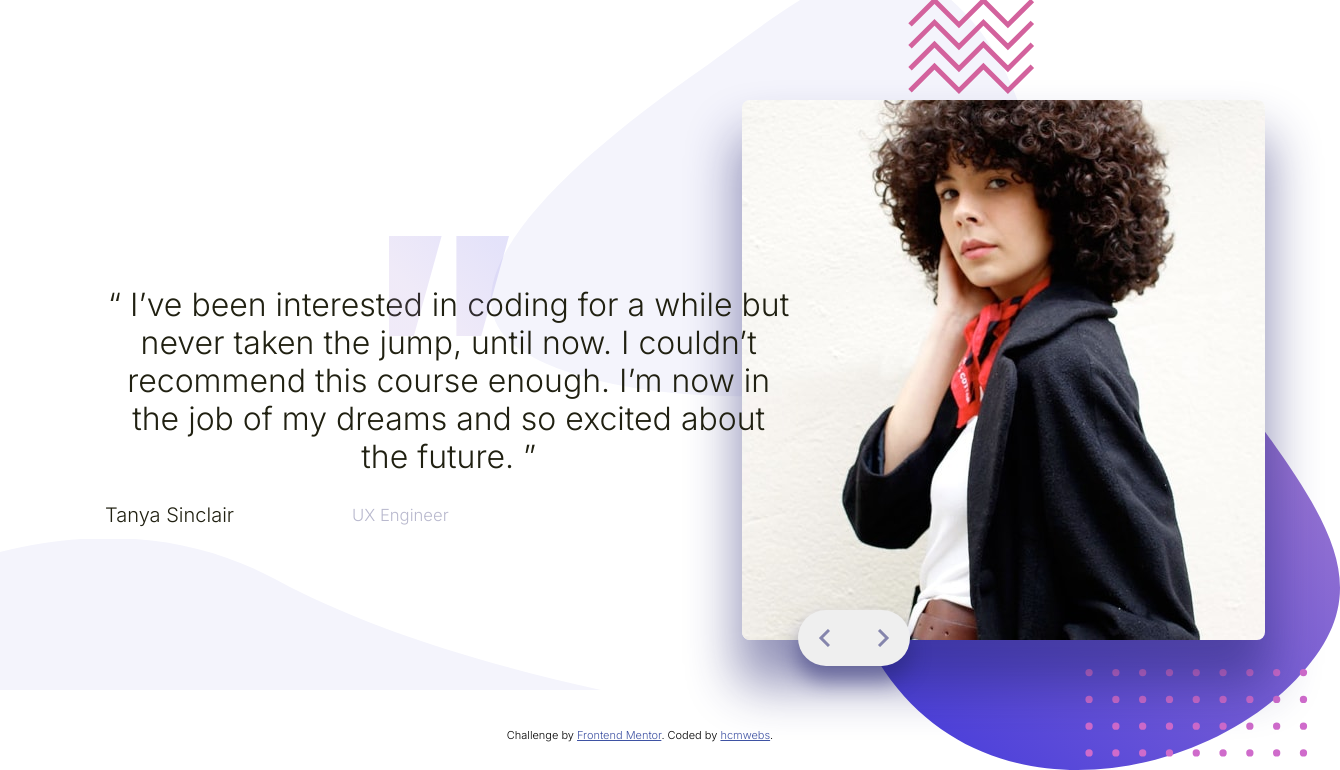
Repository: Hcmwebs/Coding-Bootcamp-Testimonials
Page: index.html
These files come from the project's save history. The page is drawn as it stood at one moment and after the next save; the edit follows.
The browser window is 1280 px wide. The page is 1340 px wide, so the pictures cover 1340 px, including what lies to the right of the window. The pictures show the whole page.
The style sheet was rebuilt from its Sass, Less or Tailwind sources for each picture, by a compiler version that may differ from the author's.

Above is the page before, as saved 2020-11-01 08:43:56.

### index.html
<!DOCTYPE html>
<html lang="en">
  <head>
    <meta charset="UTF-8" />
    <meta name="viewport" content="width=device-width, initial-scale=1.0" />
    <!-- displays site properly based on user's device -->

    <link
      rel="icon"
      type="image/png"
      sizes="32x32"
      href="./images/favicon-32x32.png"
    />
    <link rel="stylesheet" href="css/main.css" />
    <title>Frontend Mentor | Coding Bootcamp Testimonials Slider</title>

    <style></style>
  </head>
  <body>
    <div class="container">
      <div class="card" id="cardOne">
        <div class="card__header">
          <img
            src="images/image-tanya.jpg"
            alt="Profile Tanya"
            id="profileTanya"
            class="card__header--profileImg"
          />
        </div>

        <button id="btnPrimary">
          <img src="images/icon-prev.svg" alt="icon-prev" />
          <img src="images/icon-next.svg" alt="icon-next" />
        </button>

        <div class="card__body">
          <img src="images/pattern-quotes.svg" alt="pattern-quotes" />
          <h2>
            “ I’ve been interested in coding for a while but never taken the
            jump, until now. I couldn’t recommend this course enough. I’m now in
            the job of my dreams and so excited about the future. ”
          </h2>

          <div class="card__body--captionTxt">
            <p>Tanya Sinclair</p>
            <small>UX Engineer </small>
          </div>
        </div>
      </div>

      <!-- <div class="card cardTwo" id="cardTwo">
        <div class="card__header">
          <img
            src="images/image-john.jpg"
            alt="Profile John"
            id="profileJohn"
            class="card__header--profileImg"
          />
        </div>

        <button id="btnSecondary">
          <img src="images/icon-prev.svg" alt="icon-prev" />
          <img src="images/icon-next.svg" alt="icon-next" />
        </button>

        <div class="card__body">
          <h2>
            “ If you want to lay the best foundation possible I’d recommend
            taking this course. The depth the instructors go into is incredible.
            I now feel soconfident about starting up as a professional
            developer. ”
          </h2>
          <div class="card__body--captionTxt">
            <p>John Tarkpor</p>
            <small>Junior Front-end Developer</small>
          </div>
        </div>
      </div> -->

      <img
        src="/images/pattern-curve.svg"
        alt="pattern-curve"
        class="pattern-curve"
      />
    </div>

    <div class="attribution">
      Challenge by
      <a href="https://www.frontendmentor.io?ref=challenge" target="_blank"
        >Frontend Mentor</a
      >. Coded by
      <a href="https://github.com/Hcmwebs" target="_blank">hcmwebs</a>.
    </div>

    <script src="main.js"></script>
  </body>
</html>

### main.js
const card = document.querySelectorAll('.card');
// const cardTwo = document.getElementById('cardTwo');
const container = document.querySelector('.container')
let active = false;
const btn= document.querySelectorAll('button');


for(let i = 0; i < card.length; i++ ){
btn[i].addEventListener('click', activate);
// btnSecondary.addEventListener('click', activate);
  function activate(){

    if(!active){
      card[i].classList.add('active');
      active = true;
    }
    else{
      card[i].classList.remove('active');
      active = false;
    }
  }
}

### scss/main.scss
@import url('https://fonts.googleapis.com/css2?family=Inter:wght@300;400&display=swap');

$font-stack:'Inter',
sans-serif;
$primaryColor : rgba(32, 32, 17, 1.0);
$secondaryColor : rgba(185, 185, 206, 1.0);
$boxShadowColor:rgba(36, 36, 113, 0.49);




@mixin gridCenter{
  display: grid;
  place-items: center;
}

@mixin flexCenter {
  display: flex;
  justify-content: center;
  align-items: center;

}

@mixin flexSpaceBetween {
  @include flexCenter;
  justify-content: space-between;
}


*{
  margin: 0;
  padding: 0;
  box-sizing: border-box;

}
body{
  font-family: $font-stack;
  font-size: 10px;
  font-weight: 300;
  height: 100vh;
  width: 100%;
  line-height: 30px;
  @include flexCenter;
  flex-direction: column;
}

.container{
  width: 100%;
  max-width: 375px;
  height: 100vh;
  @include flexCenter;
  grid-template-columns: 1fr;
  position: relative;

  .pattern-curve {
    width: 285px;
    height: 70px;
    object-fit: cover;
    position: absolute;
    bottom: -50px;
    left: 0;

  }
}
  .card{
  width: 375px;
  margin-top: 50px;
  padding: 30px;
  @include flexSpaceBetween;
  flex-direction: column;
  background-image: url(/images/pattern-bg.svg);
  background-position: top center;
  background-size:contain;
  background-repeat: no-repeat;
  // box-shadow: 0 40px 50px 5px $boxShadowColor;
  position: absolute;
  transition: all 0.85s ease-in-out;

  &__header{
    width: 315px;
    height: 310px;


    &--profileImg{
      width: 100%;
      height: 100%;
      object-fit: cover;
      border-radius: 0.5rem;
      box-shadow: 0 40px 50px 5px $boxShadowColor;
    }

  }

  button {
    width: 80px;
    height: 40px;
    padding: 10px;
    border-radius: 28px;
    border: none;
    @include flexSpaceBetween;
    position:absolute;
    top:310px;
    box-shadow: 0 15px 20px 1px $boxShadowColor;
  }



  &__body{
    width: 100%;
    height: 230px;
    margin: 50px 0;
    @include flexCenter;
    flex-direction: column;

    img{

      width: 60px;
      height: 50px;
      object-fit: cover;
      transform: translateY(50px);

    }



    h2{
      font-size: 18px;
      font-weight: 300;
      text-align: center;
      color:$primaryColor;
    }

    &--captionTxt{
      text-align: left;
      font-size: 15px;
      font-weight: 300;
      @include flexSpaceBetween;
      flex-direction: column;


      p{
        color: $primaryColor;
        margin-bottom: 0;

      }

      small{
        color: $secondaryColor;

      }

    }

  }
}


.card-two{
  transform: translateX(2000px);
  display: none;

}
.card.active .cardTwo{
  transform: translateX(0);
  display: none;
}



.attribution {
  font-size: 11px;
  text-align: center;
  transform: translateY(30px);
}

.attribution a {
  color: hsl(228, 45%, 44%);
}



@media(min-width:900px){
  .container{
    max-width: 1440px;
    background-size: contain;

    .pattern-curve {
      width: 610px;
      height: 151px;
      object-fit: cover;
      position: absolute;
      bottom:0;
      left: 0;
    }

  }
  .card{
    width: 1400px;
    height: 800px;
    padding: 75px;
    flex-direction: row-reverse;
    background-position: bottom right;


    &__header{
      width: 540px;
      height: 540px;
    }

    button {
      width: 112px;
      height: 56px;
      padding: 20px;
      right: 430px;
      top: 640px;

    }


    &__body{
      width: 60%;
      line-height: 38px;
      padding: 20px;
      position: relative;
      z-index: 5;
      left: 70px;

      img{
        width: 120px;
        height: 100px;
      }



      h2{
        font-size: 32px;
      }

      &--captionTxt{
      width: 50%;
      flex-direction: row;
      font-size: 20px;
      margin: 20px 0;
      align-self: flex-start;

      }

    }

  }





}

After the next save:
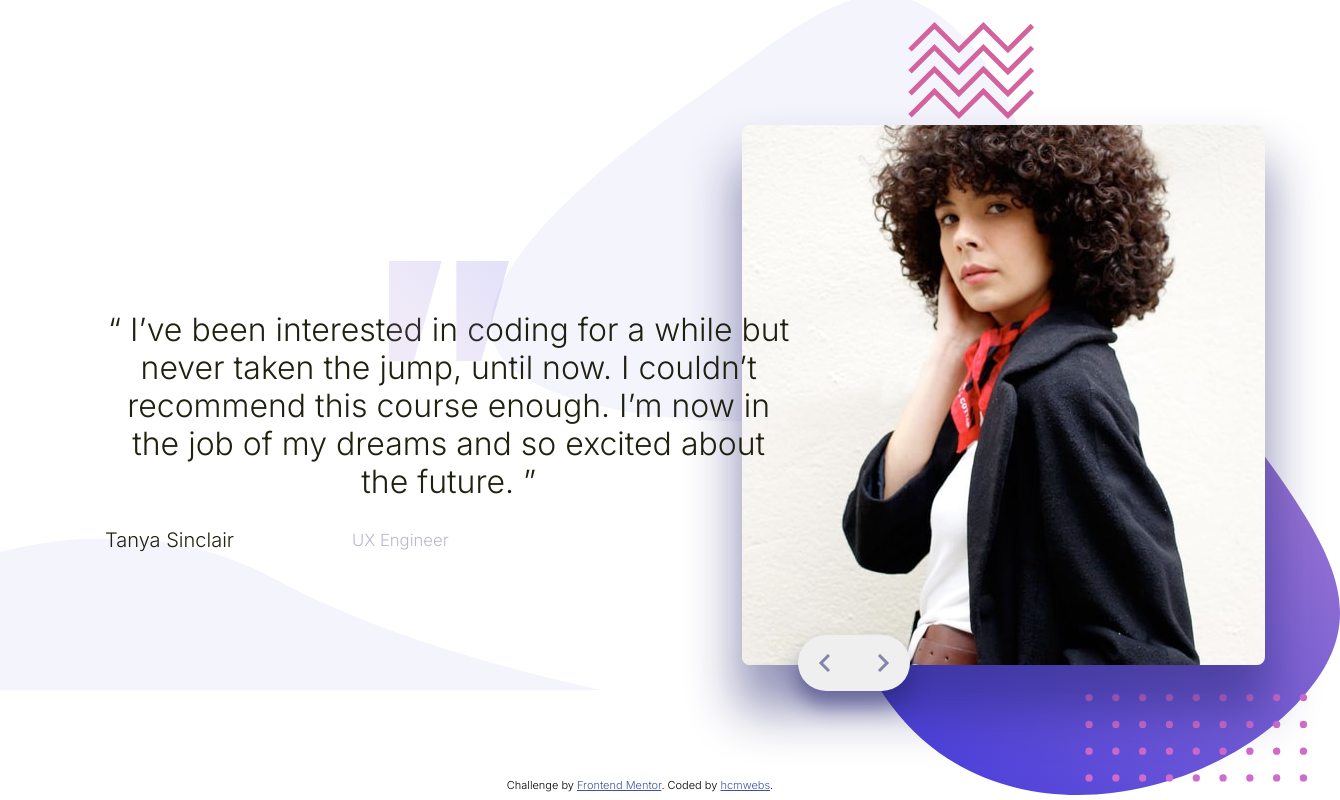
Saved 5 min 12 s later.
--- a/scss/main.scss
+++ b/scss/main.scss
@@ -57,14 +57,15 @@ body{
     height: 70px;
     object-fit: cover;
     position: absolute;
-    bottom: -50px;
+    bottom: -100px;
     left: 0;
 
   }
 }
   .card{
   width: 375px;
-  margin-top: 50px;
+  height: 700px;
+  margin-top: 100px;
   padding: 30px;
   @include flexSpaceBetween;
   flex-direction: column;
@@ -170,7 +171,7 @@ body{
 .attribution {
   font-size: 11px;
   text-align: center;
-  transform: translateY(30px);
+  transform: translateY(80px);
 }
 
 .attribution a {
